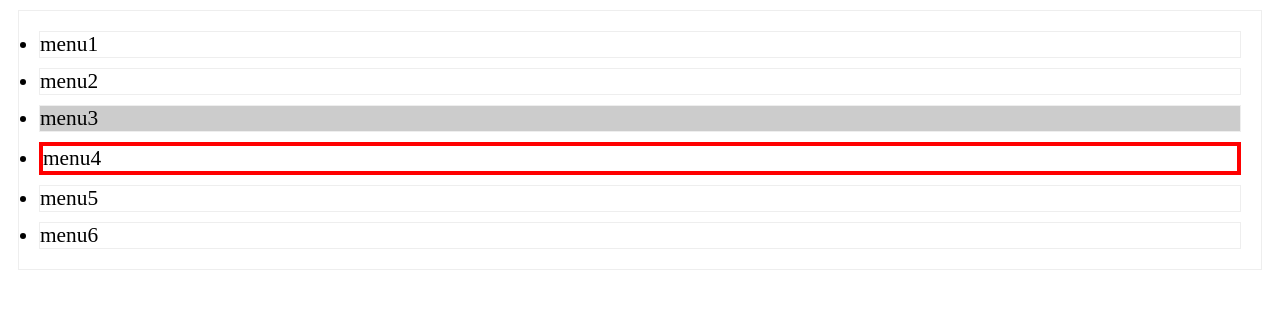
Repository: swc0516s/EZEN-JS
Page: JavaScript Workspace Lecture/JavaScript_jQuery_03/WebContent/Chapter03/3_13.html
The author's editor kept a copy of each file at every save. The page is drawn from the files as they stood at one save, then again after the next save.
The browser window is 1280 px wide. The pictures show the whole page.

Above is the page before, as saved 2022-03-18 02:46:28.

### JavaScript Workspace Lecture/JavaScript_jQuery_03/WebContent/Chapter03/3_13.html
<!DOCTYPE html>
<html>
<head>
<meta charset="UTF-8">
<title>Insert title here</title>
<style type="text/css">
body {
	font-size: 16pt;
	font-family: "굴림";
}

div, p, ul, li {
	border: 1px #eeeeee solid;
	margin: 10px;
}

ul {
	padding: 10px;
}

li.select {
	background-color: #ccc;
}
</style>
<script type="text/javascript" src="../libs/jquery-3.6.0.min.js"></script>
<script type="text/javascript">
	// 첫 번째 노드(menu1)를 기준으로 다음에 등장하는 모든 형제노드를 찾아  border속성을("4px solid #f00")으로 변경
	$(document).ready(function() {
		var select = $("ul.menu li.select");
		select.next().css("border", "4px solid #f00");
	});
</script>
</head>
<body>
	<ul class="menu">
		<li>menu1</li>
		<li>menu2</li>
		<li class="select">menu3</li>
		<li>menu4</li>
		<li>menu5</li>
		<li>menu6</li>
	</ul>
</body>
</html>

Loaded but not shown: JavaScript Workspace Lecture/JavaScript_jQuery_03/WebContent/libs/jquery-3.6.0.min.js (library)

After the next save:
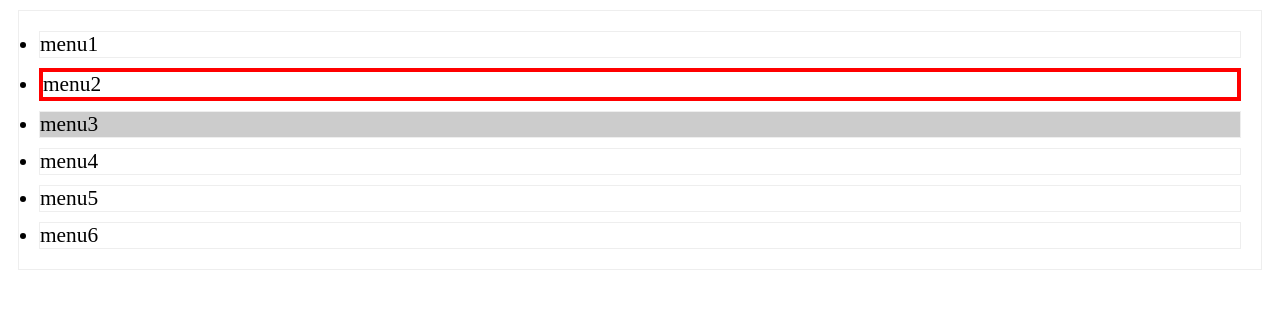
Saved 17 s later.
--- a/JavaScript Workspace Lecture/JavaScript_jQuery_03/WebContent/Chapter03/3_13.html
+++ b/JavaScript Workspace Lecture/JavaScript_jQuery_03/WebContent/Chapter03/3_13.html
@@ -26,7 +26,7 @@ li.select {
 <script type="text/javascript">
 	// 첫 번째 노드(menu1)를 기준으로 다음에 등장하는 모든 형제노드를 찾아  border속성을("4px solid #f00")으로 변경
 	$(document).ready(function() {
-		var select = $("ul.menu li.select");
+		var select = $("ul.menu li:first");
 		select.next().css("border", "4px solid #f00");
 	});
 </script>
